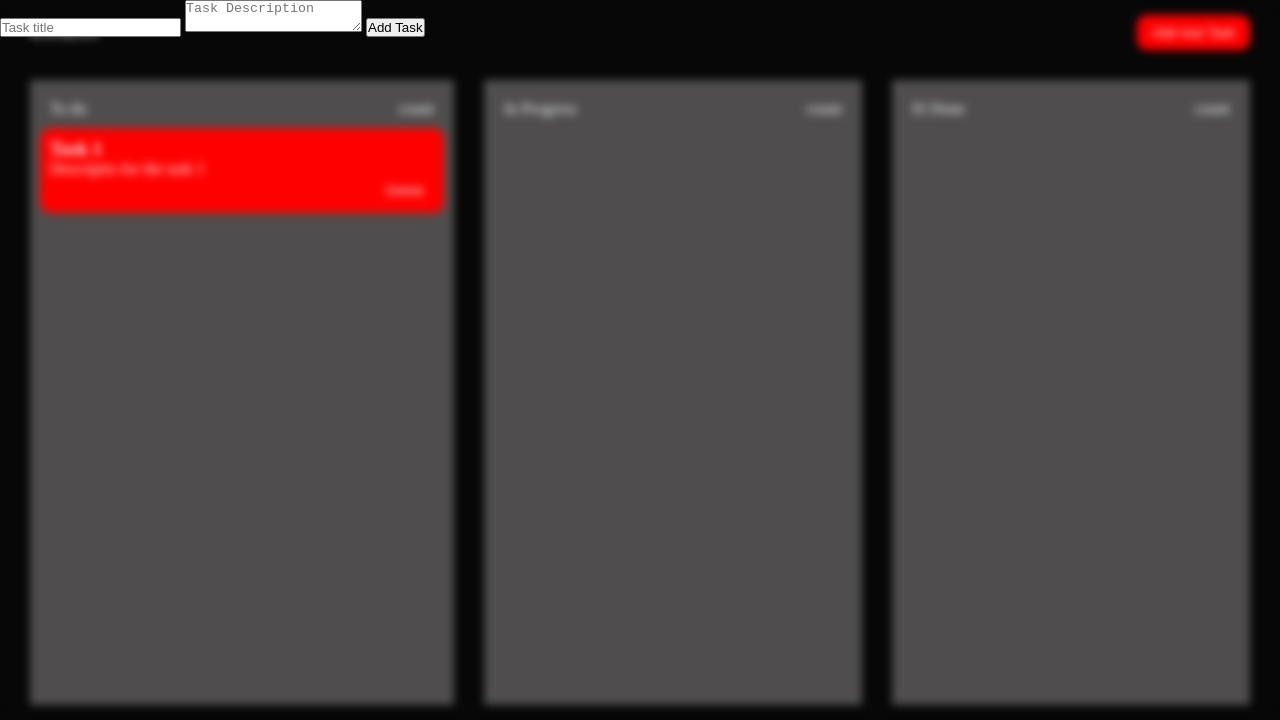
Repository: Sandeepji-5/Kanban-board
Page: index.html
An editor plug-in stored every save of this project. The page is shown before and after the next save, followed by the edit.
The browser window is 1280 px wide. The pictures show the whole page.

Above is the page before, as saved 2025-12-09 14:23:22.

### index.html
<!DOCTYPE html>
<html lang="en">
<head>
    <meta charset="UTF-8">
    <meta name="viewport" content="width=device-width, initial-scale=1.0">
    <title>Document</title>
    <link rel="stylesheet" href="style.css">
</head>
<body>
    <main>
        <nav>
            <div class="left">KANBAN</div>
            <div class="right"><button id="toggle-modal">Add new Task</button></div>
        </nav>
        <section class="board">
            <div   id="todo" class="task-column">
                <div class="heading">
                    <div class="left">To do </div>
                      <div class="right">count</div>
                </div>
                <div draggable="true" class="task">
                    <h3>Task 1</h3>
                    <p>Descriptio for the task 1 </p>
                    <button>Delete</button>
                </div>
            </div>
            <div id="progress" class="task-column">
                <div class="heading">
                    <div class="left">In Progress</div>
                    <div class="right">count</div>
                </div>

            </div>
            <div  id="done"   class="task-column">
                <div class="heading">
                    <div class="left">IS Done </div>
                    <div class="right"> count</div>
                </div>

            </div>
        </section>


    </main>

    <div class="modal add-new-tast">
        <input type="text" placeholder="Task title"/>
        <textarea placeholder="Task Description"></textarea>
        <button id="add-new-task" class="add-task-btn"> Add Task</button>
    </div>
    <script src="kanban.js"></script>
</body>
</html>

### style.css
* {
    margin: 0;
    padding: 0;

    box-sizing: border-box;
}

html,
body {
    width: 100%;
    height: 100%;

}

:root {
    --bg-color: #0000000;
    --bg-button-color: rgb(79, 77, 77);
    --primary-text-color: #f4f4f4;
    --bg-task-color:gray;
    --bg-delete-color:red;



    /* padding 1 rem 2 rem */
    --nav-padding: 15px 30px;
    --section-padding: 15px 30px;
    --padding-s: 5px;
    --padding-m: 10px;
    --padding-l: 15px;
    --padding-xl: 20px;
    --padding-xxl: 30px;


    /* border radius variable  */



    --border-radius-s:5px;
    --border-radius-m:10px;
    --border-radius-l:15px;
    --border-radius-xl:20px;
    --border-radius-xxl:30px;


}

body {
    background-color: rgb(7, 7, 7);
    color: white;
}
main{
    display: flex;
    height: 100%;
    width: 100%;
    flex-direction: column;


}

nav{
    padding: var(--nav-padding);
    display: flex;
    align-items: center;
    justify-content: space-between;

}
nav button{
    background-color: red;
    color: white;
    border: none;
    outline: none;
    padding: var(  --padding-m) var(  --padding-l);
    cursor: pointer;
    border-radius:var(--border-radius-m) ;

}


section{
    padding:var(--section-padding);
    /* height: 100%; */
    display: flex;
    flex-grow: 1;
    justify-content: space-between;

    gap: var(--padding-xxl);

}
section .task-column{
    padding: var(--padding-m);
    background-color: var(--bg-button-color);
    flex-grow: 1  ;
    padding: var(--padding-m)  ;
    display: flex;
    flex-direction: column;
    transition: all 0.7s cubic-bezier(0.19, 1, 0.22, 1);




}
section .task-column.hover-over {
     border: 2px dashed rgb(247, 246, 246);
    transform: scale(1.05);
}
section .task-column .heading{
    display: flex;
    justify-content: space-between ;
    padding: var(--padding-m);
}


section .task-column  .task{

    display: flex;
    flex-direction: column;
    padding: var(--padding-m);
    border-radius: var(--border-radius-m);
    /* background-color: var(--bg-task-color); */
     background-color:red;


}

section .task-column .task button{
    align-self: flex-end;
    cursor: pointer;
    padding: var(--padding-s) var(--padding-m);
    border-radius: var(--border-radius-s);
    border: none;
    outline: none;
    background-color: var(--bg-delete-color);
    color: var(--primary-text-color)  ;
}

.modal{
    /* display: none; */
    position: fixed;
    top: 0;
    flex-direction: column;
    align-items: center;
    justify-content: center;
    width: 100%;
    height: 100%;
    gap:var(--space-lg);
    backdrop-filter: blur(4px);
}
.modal.active{
    display: flex;
}

### kanban.js
const todo = document.querySelector('#todo');
const progress = document.querySelector('#progress')
const done = document.querySelector('#done');
const tasks = document.querySelectorAll('.task');
let draggedElement = null;
const toggleModal = document.querySelector('#toggle-modal');
const modal = document.querySelector('.modal')

tasks.forEach(task => {
    task.addEventListener("drag", () => {

        draggedElement = task;
    })
})

// progress.addEventListener('dragenter',(e)=>{
//     progress.classList.add('hover-over');
// })


// progress.addEventListener('dragleave', (e)=>{
//     progress.classList.remove('hover-over');
// })


function addDragEventsOnColumn(column) {

    column.addEventListener('dragenter', (e) => {
        e.preventDefault();
        column.classList.add('hover-over');
    });

    column.addEventListener('dragleave', (e) => {
        e.preventDefault();
        column.classList.remove('hover-over');
    })

    column.addEventListener("dragover", (e) => {
        e.preventDefault();
    })

    column.addEventListener('drop', (e) => {

        column.appendChild(draggedElement)
        console.log("draggedElement", draggedElement, column);
        column.classList.remove('hover-over')
         e.preventDefault();
    })

}

addDragEventsOnColumn(todo);
addDragEventsOnColumn(progress)
addDragEventsOnColumn(done)


toggleModal.addEventListener('click',()=>{
modal.classList.add('active');
})

After the next save:
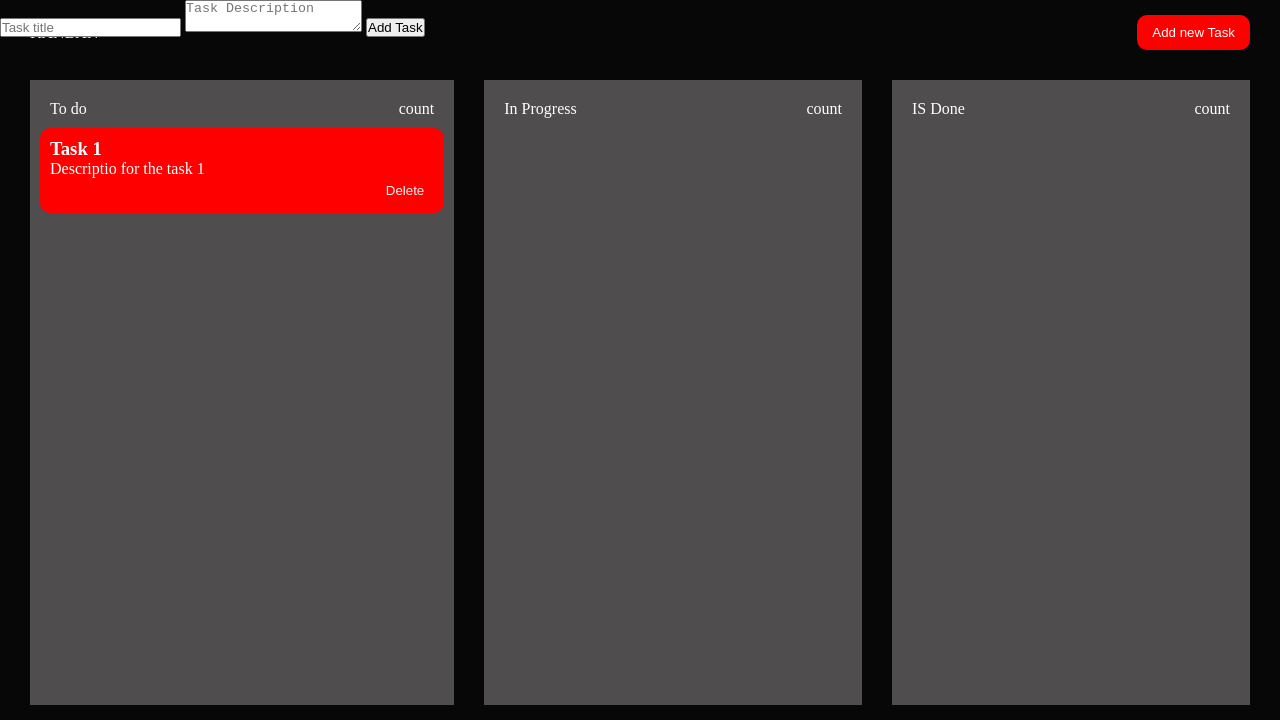
Saved 7 s later.
--- a/style.css
+++ b/style.css
@@ -143,7 +143,7 @@ section .task-column .task button{
     width: 100%;
     height: 100%;
     gap:var(--space-lg);
-    backdrop-filter: blur(4px);
+    /* backdrop-filter: blur(4px); */
 }
 .modal.active{
     display: flex;
